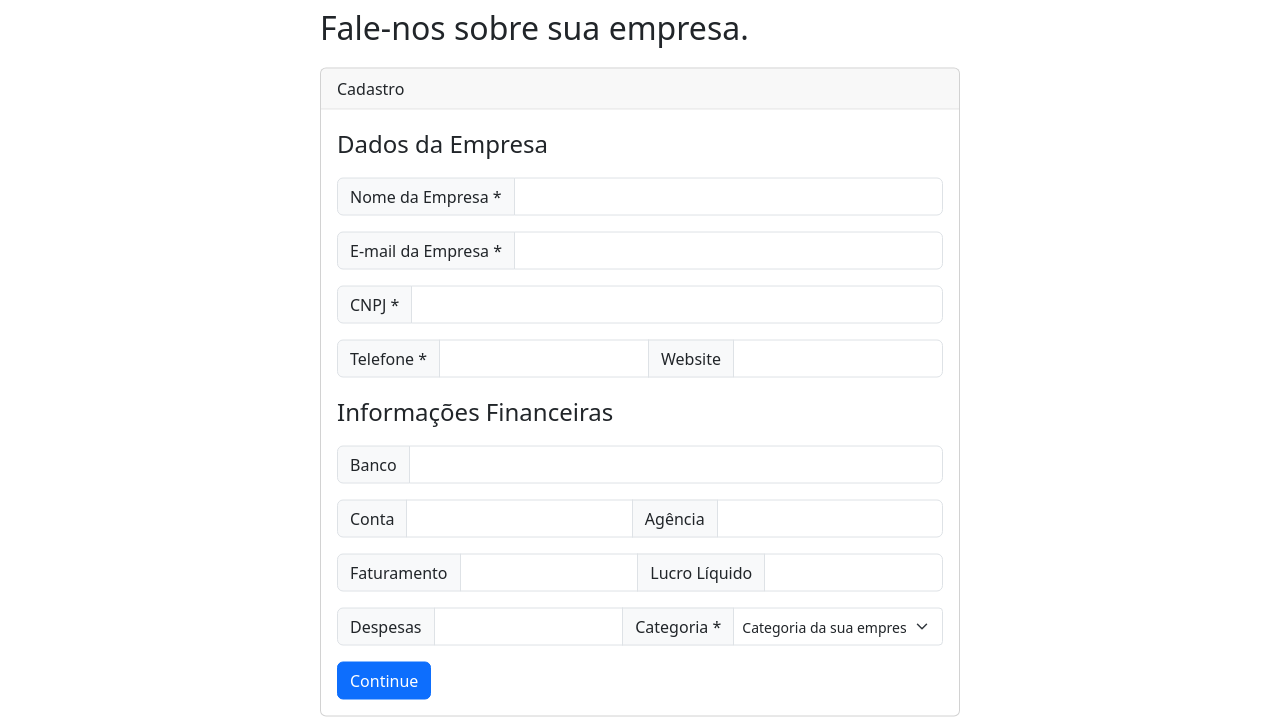
Repository: vandrecx/utilitaries
Page: http://localhost/login_archive/cadastro.php
The author's editor kept a copy of each file at every save. The page is drawn from the files as they stood at one save, then again after the next save.
The browser window is 1280 px wide. The pictures show the whole page.
The page is run by PHP 8.4 with error messages shown; the project is at /var/www/html/.

Above is the page before, as saved 2024-05-03 14:43:19.

After the next save:
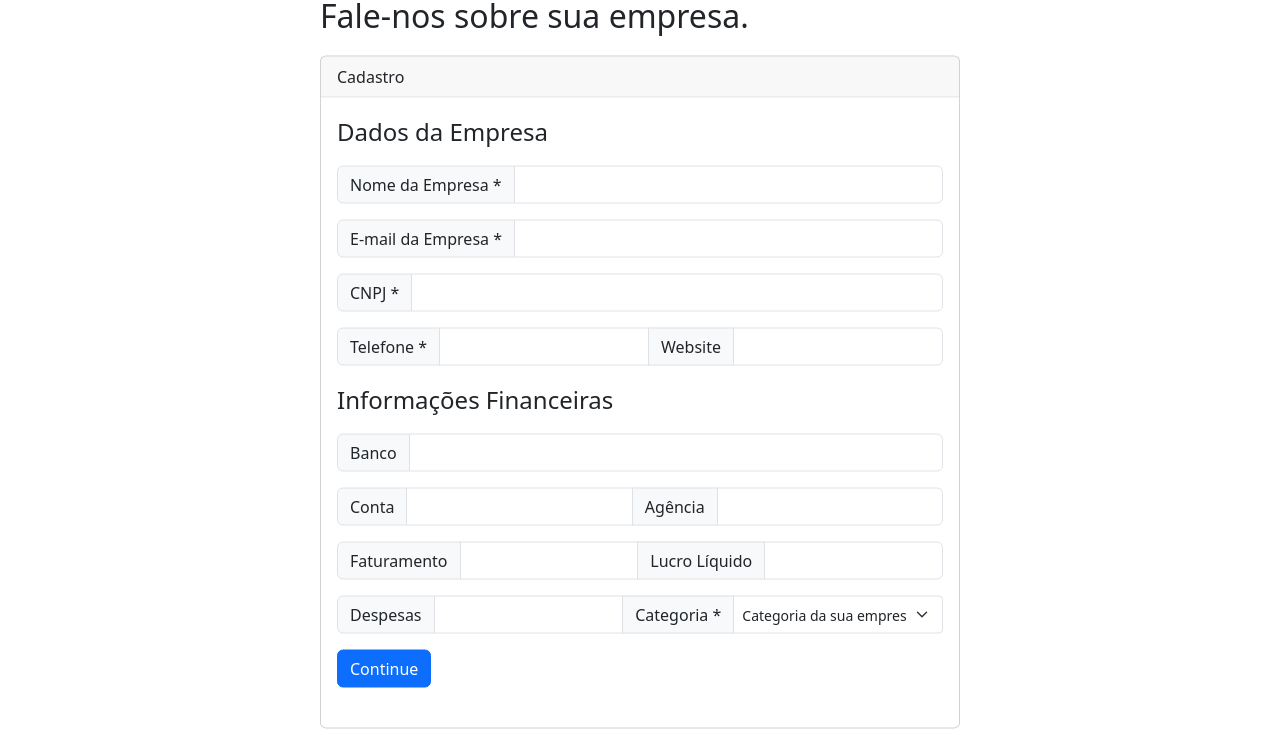
Saved 2 min 6 s later.
--- a/login_archive/cadastro.php
+++ b/login_archive/cadastro.php
@@ -71,6 +71,15 @@
                     </div>
                     <button type="submit" class="btn btn-primary" name="submit">Continue</button>
                 </form>
+                <br>
+
+                <?php if(isset($_GET['validation']) && $_GET['validation'] == '0'){ ?>
+                    <br>
+                    <div class="alert alert-danger" role="alert">
+                        E-mail ou senha estão incorretos!
+                    </div>
+                <?php } ?>
+
             </div>
         </div>
     </div>
